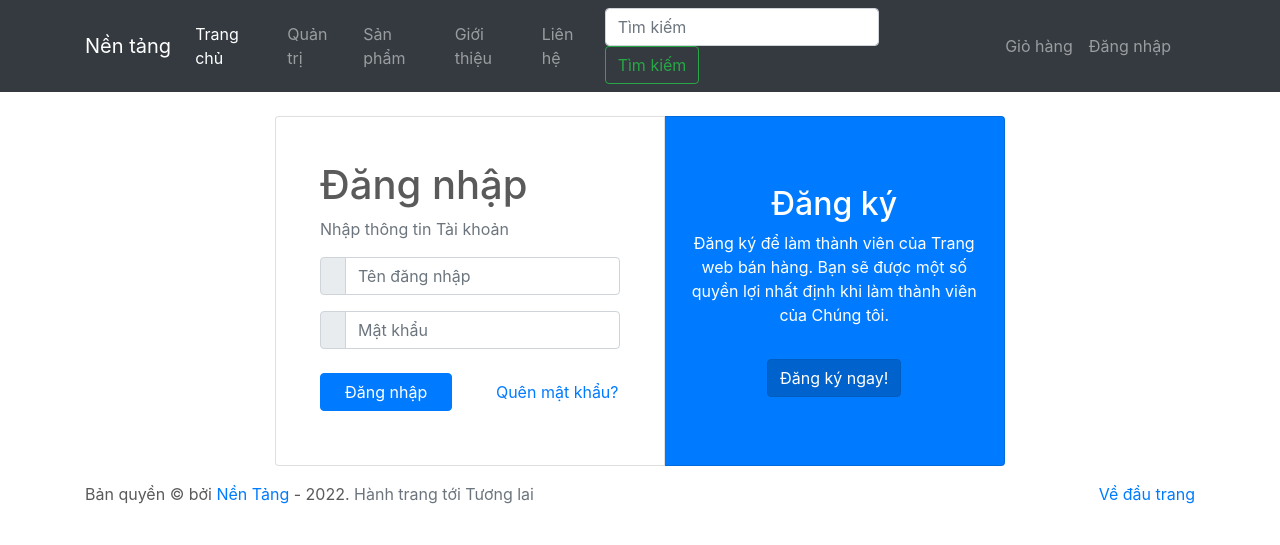
Repository: Chicken2k/My-Ebook
Page: pagesView/login.html
These files come from the project's save history. The page is drawn as it stood at one moment and after the next save; the edit follows.
The browser window is 1280 px wide. The pictures show the whole page.

Above is the page before, as saved 2022-03-31 18:08:38.

### pagesView/login.html
<!DOCTYPE html>
<html lang="vi" class="h-100">

<head>
    <!-- Required meta tags -->
    <meta charset="utf-8">
    <meta name="viewport" content="width=device-width, initial-scale=1, shrink-to-fit=no">
    <title>Nền tảng - Kiến thức cơ bản về WEB | Bảng tin</title>

    <!-- Bootstrap CSS -->
    <link rel="stylesheet" href="../vendor/bootstrap/css/bootstrap.min.css" type="text/css">
    <!-- Font awesome -->
    <link rel="stylesheet" href="../vendor/font-awesome/css/font-awesome.min.css" type="text/css">

    <!-- Custom css - Các file css do chúng ta tự viết -->
    <link rel="stylesheet" href="../assets/css/app.css" type="text/css">
</head>

<body>
    <!-- header -->
    <nav class="navbar navbar-expand-md navbar-dark sticky-top bg-dark">
        <div class="container">
            <a class="navbar-brand" href="https://nentang.vn">Nền tảng</a>
            <div class="navbar-collapse collapse" id="navbarCollapse">
                <ul class="navbar-nav mr-auto">
                    <li class="nav-item active">
                        <a class="nav-link" href="../index.html">Trang chủ <span class="sr-only">(current)</span></a>
                    </li>
                    <li class="nav-item">
                        <a class="nav-link" href="https://nentang.vn">Quản trị</a>
                    </li>
                    <li class="nav-item">
                        <a class="nav-link" href="products.html">Sản phẩm</a>
                    </li>
                    <li class="nav-item">
                        <a class="nav-link" href="about.html">Giới thiệu</a>
                    </li>
                    <li class="nav-item">
                        <a class="nav-link" href="contact.html">Liên hệ</a>
                    </li>
                </ul>
                <form class="form-inline mt-2 mt-md-0" method="get" action="search.html">
                    <input class="form-control mr-sm-2" type="text" placeholder="Tìm kiếm" aria-label="Search"
                        name="keyword_tensanpham">
                    <button class="btn btn-outline-success my-2 my-sm-0" type="submit">Tìm kiếm</button>
                </form>
            </div>
            <ul class="navbar-nav px-3">
                <li class="nav-item text-nowrap">
                    <a class="nav-link" href="cart.html">Giỏ hàng</a>
                </li>
                <li class="nav-item text-nowrap">
                    <!-- Nếu chưa đăng nhập thì hiển thị nút Đăng nhập -->
                    <a class="nav-link" href="login.html">Đăng nhập</a>
                </li>
            </ul>
        </div>
    </nav>
    <!-- end header -->

    <main role="main">
        <!-- Block content - Đục lỗ trên giao diện bố cục chung, đặt tên là `content` -->
        <form name="frmdangnhap" id="frmdangnhap" method="post" action="#">
            <div class="container mt-4">
                <div class="row justify-content-center">
                    <div class="col-md-8">
                        <div class="card-group">
                            <div class="card p-4">
                                <div class="card-body">
                                    <h1>Đăng nhập</h1>
                                    <p class="text-muted">Nhập thông tin Tài khoản</p>
                                    <div class="input-group mb-3">
                                        <div class="input-group-prepend">
                                            <span class="input-group-text">
                                                <i class="icon-user"></i>
                                            </span>
                                        </div>
                                        <input class="form-control" type="text" name="username"
                                            placeholder="Tên đăng nhập">
                                    </div>
                                    <div class="input-group mb-4">
                                        <div class="input-group-prepend">
                                            <span class="input-group-text">
                                                <i class="icon-lock"></i>
                                            </span>
                                        </div>
                                        <input class="form-control" type="password" name="password"
                                            placeholder="Mật khẩu">
                                    </div>
                                    <div class="row">
                                        <div class="col-6">
                                            <button class="btn btn-primary px-4" name="btnDangNhap">Đăng nhập</button>
                                        </div>
                                        <div class="col-6 text-right">
                                            <button class="btn btn-link px-0" type="button">Quên mật khẩu?</button>
                                        </div>
                                    </div>
                                </div>
                            </div>
                            <div class="card text-white bg-primary py-5 d-md-down-none" style="width:44%">
                                <div class="card-body text-center">
                                    <div>
                                        <h2>Đăng ký</h2>
                                        <p>Đăng ký để làm thành viên của Trang web bán hàng. Bạn sẽ được một số quyền
                                            lợi nhất
                                            định khi làm thành viên của Chúng tôi.</p>
                                        <a class="btn btn-primary active mt-3" href="register.html">Đăng ký ngay!</a>
                                    </div>
                                </div>
                            </div>
                        </div>
                    </div>
                </div>
            </div>
        </form>
        <!-- End block content -->
    </main>

    <!-- footer -->
    <footer class="footer mt-auto py-3">
        <div class="container">
            <span>Bản quyền © bởi <a href="https://nentang.vn">Nền Tảng</a> - <script>document.write(new Date().getFullYear());</script>.</span>
            <span class="text-muted">Hành trang tới Tương lai</span>

            <p class="float-right">
                <a href="#">Về đầu trang</a>
            </p>
        </div>
    </footer>
    <!-- end footer -->

    <!-- Optional JavaScript -->
    <!-- jQuery first, then Popper.js, then Bootstrap JS -->
    <script src="../vendor/jquery/jquery.min.js"></script>
    <script src="../vendor/popperjs/popper.min.js"></script>
    <script src="../vendor/bootstrap/js/bootstrap.min.js"></script>

    <!-- Custom script - Các file js do mình tự viết -->
    <script src="../assets/js/app.js"></script>

</body>

</html>

### assets/css/app.css
/* GLOBAL STYLES
-------------------------------------------------- */
/* Padding below the footer and lighter body text */

body {
    color: #5a5a5a;
  }


  /* CUSTOMIZE THE CAROUSEL
    -------------------------------------------------- */

  /* Carousel base class */
  .carousel {
    margin-bottom: 4rem;
  }

  /* Since positioning the image, we need to help out the caption */
  .carousel-caption {
    bottom: 3rem;
    z-index: 10;
    color: white;
    text-shadow: 2px 2px 5px black;

  }


  /* Declare heights because of positioning of img element */
  .carousel-item {
    height: 42rem;
  }

  .carousel-item>img {
    position: absolute;
    top: 0;
    left: 0;
    min-width: 100%;
    height: 42rem;
  }


  /* MARKETING CONTENT
    -------------------------------------------------- */

  /* Center align the text within the three columns below the carousel */
  .marketing .col-lg-4 {
    margin-bottom: 1.5rem;
    text-align: center;
  }

  .marketing h2 {
    font-weight: 400;
  }

  .marketing .col-lg-4 p {
    margin-right: .75rem;
    margin-left: .75rem;
  }


  /* Featurettes
    ------------------------- */

  .featurette-divider {
    margin: 5rem 0;
    /* Space out the Bootstrap <hr> more */
  }

  /* Thin out the marketing headings */
  .featurette-heading {
    font-weight: 300;
    line-height: 1;
    letter-spacing: -.05rem;
  }


  /* RESPONSIVE CSS
    -------------------------------------------------- */

  @media (min-width: 40em) {

    /* Bump up size of carousel content */
    .carousel-caption p {
      margin-bottom: 1.25rem;
      font-size: 1.25rem;
      line-height: 1.4;
    }

    .featurette-heading {
      font-size: 50px;
    }
  }

  @media (min-width: 62em) {
    .featurette-heading {
      margin-top: 7rem;
    }
  }

  .hinhdaidien {
    width: 150px;
    height: 150px;
}

Loaded but not shown: vendor/bootstrap/css/bootstrap.min.css (library); vendor/font-awesome/css/font-awesome.min.css (library); vendor/jquery/jquery.min.js (library); vendor/popperjs/popper.min.js (library); vendor/bootstrap/js/bootstrap.min.js (library); assets/js/app.js (no stored copy; drawn as an empty file)

After the next save:
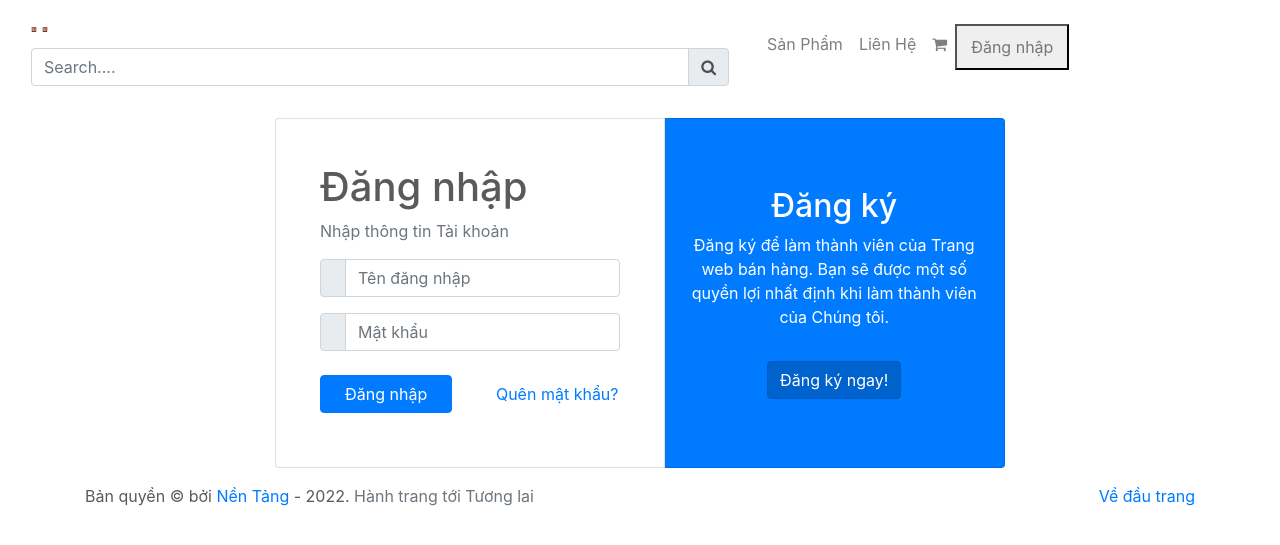
Saved 5 s later.
--- a/pagesView/login.html
+++ b/pagesView/login.html
@@ -17,46 +17,62 @@
 </head>
 
 <body>
-    <!-- header -->
-    <nav class="navbar navbar-expand-md navbar-dark sticky-top bg-dark">
-        <div class="container">
-            <a class="navbar-brand" href="https://nentang.vn">Nền tảng</a>
-            <div class="navbar-collapse collapse" id="navbarCollapse">
+   <!-- HEADER -->
+   <header>
+    <nav class="myNavBar navbar navbar-expand-md navbar-light">
+        <div class="d-md-none col-sm-2 col-3">
+            <button class="navbar-toggler" type="button" data-toggle="collapse"
+                data-target="#navbarSupportedContent" aria-controls="navbarSupportedContent" aria-expanded="false"
+                aria-label="Toggle navigation" action="./pagesView/search.html">
+                <span class="navbar-toggler-icon" type="submit"></span>
+            </button>
+        </div>
+        <div class="col-xl-7 col-lg-9 col-md-8 col-sm-8 col-6 myNavBar__col">
+            <div class="myNavBar__left">
+                <a class="navbar-brand" href="#">
+                    <img class="logo-black" src="./imgdow/e-reader-ebook-svgrepo-com.svg" alt="logo black">
+                    <img class="logo-white" src="./imgdow/e-reader-ebook-svgrepo-com.svg" alt="logo white">
+                </a>
+                <form class="myNavBar__form-search" action="./pagesView/search.html">
+                    <div class="input-group">
+                        <input type="text" class="form-control" placeholder="Search...." type="text" aria-label="Search"
+                        name="keyword_tensanpham">
+                        <div class="input-group-append">
+                            <span class="input-group-text" id="basic-addon2" >
+                                <i class="fa fa-search"></i>
+                            </span>
+                        </div>
+                    </div>
+                </form>
+            </div>
+        </div>
+        <div class="col-xl-5 col-lg-3 col-md-4 col-sm-2 col-3 myNavBar--reset">
+            <div class="myNavBar__right">
                 <ul class="navbar-nav mr-auto">
-                    <li class="nav-item active">
-                        <a class="nav-link" href="../index.html">Trang chủ <span class="sr-only">(current)</span></a>
+                    <li class="nav-item business">
+                        <a class="nav-link" href="./pagesView/products.html">Sản Phẩm</a>
+
                     </li>
-                    <li class="nav-item">
-                        <a class="nav-link" href="https://nentang.vn">Quản trị</a>
+                    <li class="nav-item instructor">
+                        <a class="nav-link" href="./pagesView/contact.html">Liên Hệ</a>
                     </li>
-                    <li class="nav-item">
-                        <a class="nav-link" href="products.html">Sản phẩm</a>
+                    <li class="nav-item myNavBar__cart">
+                        <span><a class="nav-link" href="./pagesView/cart.html"><i class="fa fa-shopping-cart"></i></a></span>
                     </li>
-                    <li class="nav-item">
-                        <a class="nav-link" href="about.html">Giới thiệu</a>
-                    </li>
-                    <li class="nav-item">
-                        <a class="nav-link" href="contact.html">Liên hệ</a>
+                    <li class="nav-item myNavBar__buttons text-nowrap">
+                        <!-- Nếu chưa đăng nhập thì hiển thị nút Đăng nhập -->
+                        <button class="button button--red"><a class="nav-link" href="./pagesView/login.html">Đăng nhập</a></button>
                     </li>
                 </ul>
-                <form class="form-inline mt-2 mt-md-0" method="get" action="search.html">
-                    <input class="form-control mr-sm-2" type="text" placeholder="Tìm kiếm" aria-label="Search"
-                        name="keyword_tensanpham">
-                    <button class="btn btn-outline-success my-2 my-sm-0" type="submit">Tìm kiếm</button>
-                </form>
             </div>
-            <ul class="navbar-nav px-3">
-                <li class="nav-item text-nowrap">
-                    <a class="nav-link" href="cart.html">Giỏ hàng</a>
-                </li>
-                <li class="nav-item text-nowrap">
-                    <!-- Nếu chưa đăng nhập thì hiển thị nút Đăng nhập -->
-                    <a class="nav-link" href="login.html">Đăng nhập</a>
-                </li>
-            </ul>
         </div>
+
+
+
+
+
     </nav>
-    <!-- end header -->
+</header>
 
     <main role="main">
         <!-- Block content - Đục lỗ trên giao diện bố cục chung, đặt tên là `content` -->
